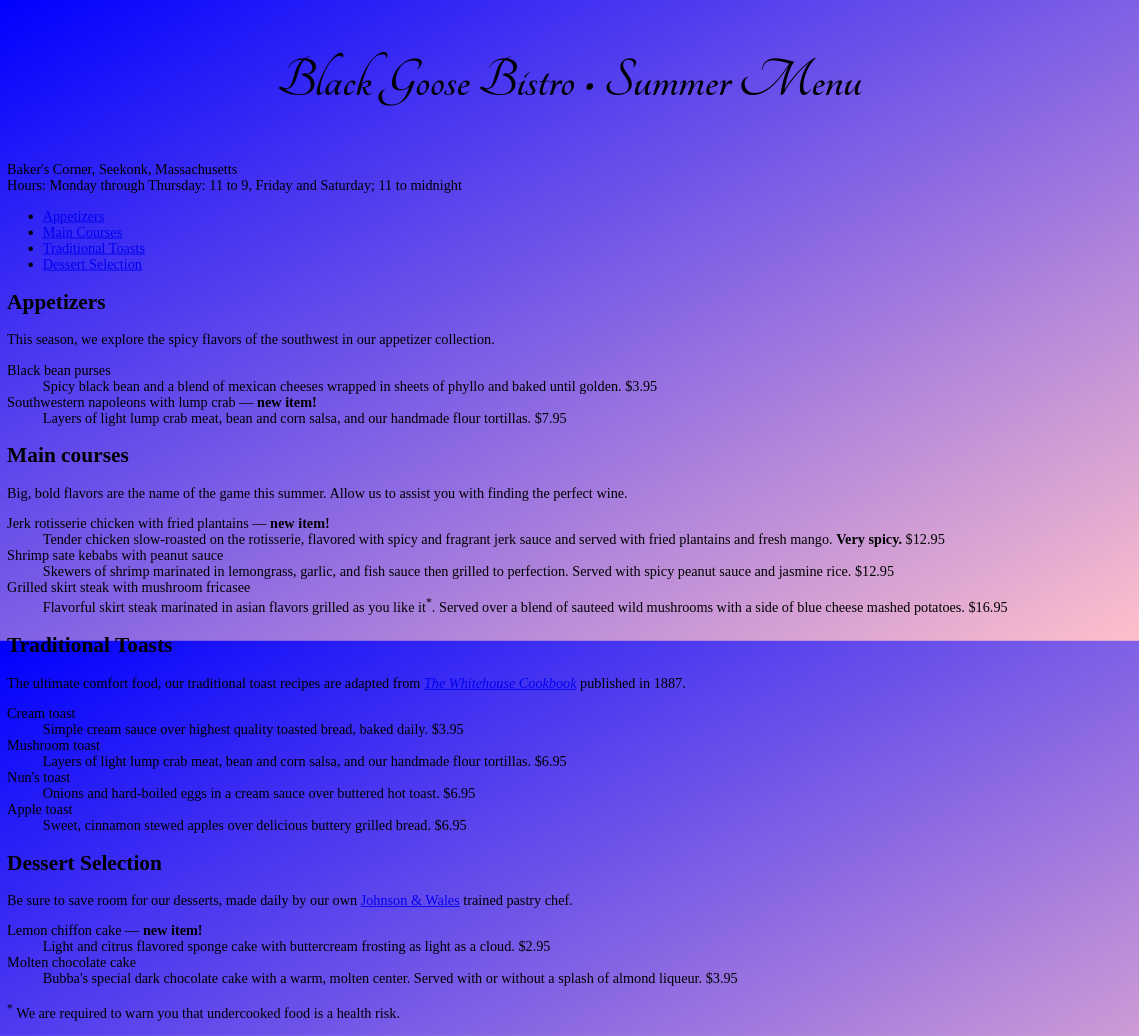
Repository: Colo-Codes/code-practice
Page: 02-css-practice-4.html
These files come from the project's save history. The page is drawn as it stood at one moment and after the next save; the edit follows.
The browser window is 1280 px wide. The pictures show the whole page, at 89% of full size.
Backgrounds fixed to the window are drawn as part of the page. Some web fonts or font styles are not loaded; a fallback is used.

Above is the page before, as saved 2021-05-07 09:13:59.

After the next save:
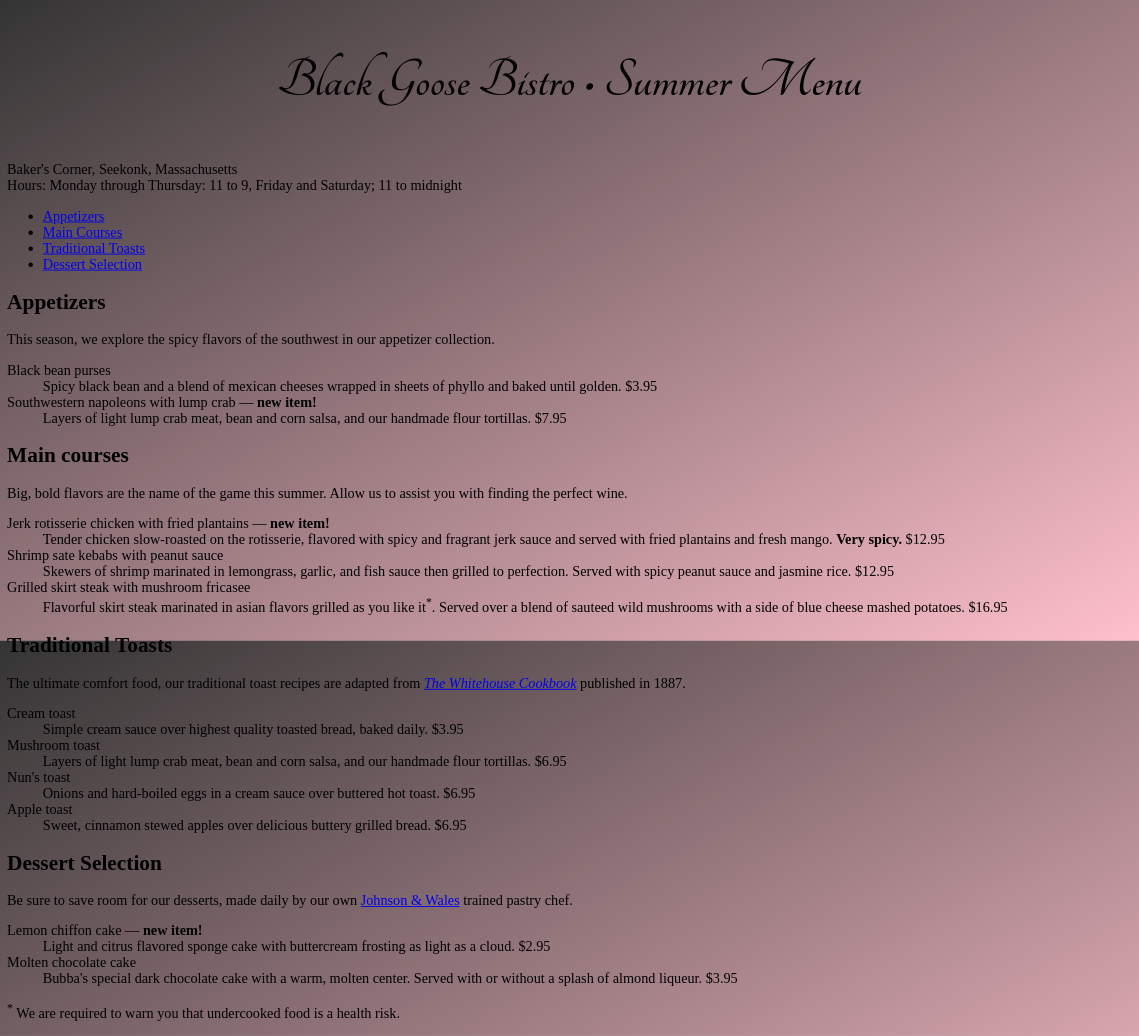
Saved 46 s later.
--- a/02-css-practice-4.html
+++ b/02-css-practice-4.html
@@ -16,7 +16,7 @@
             font-weight: bold;
         }
         body {
-            background: fixed linear-gradient(to bottom right, blue, pink);
+            background: fixed linear-gradient(to bottom right, rgb(52, 52, 52), pink);
 
         }
         header > h1 {
